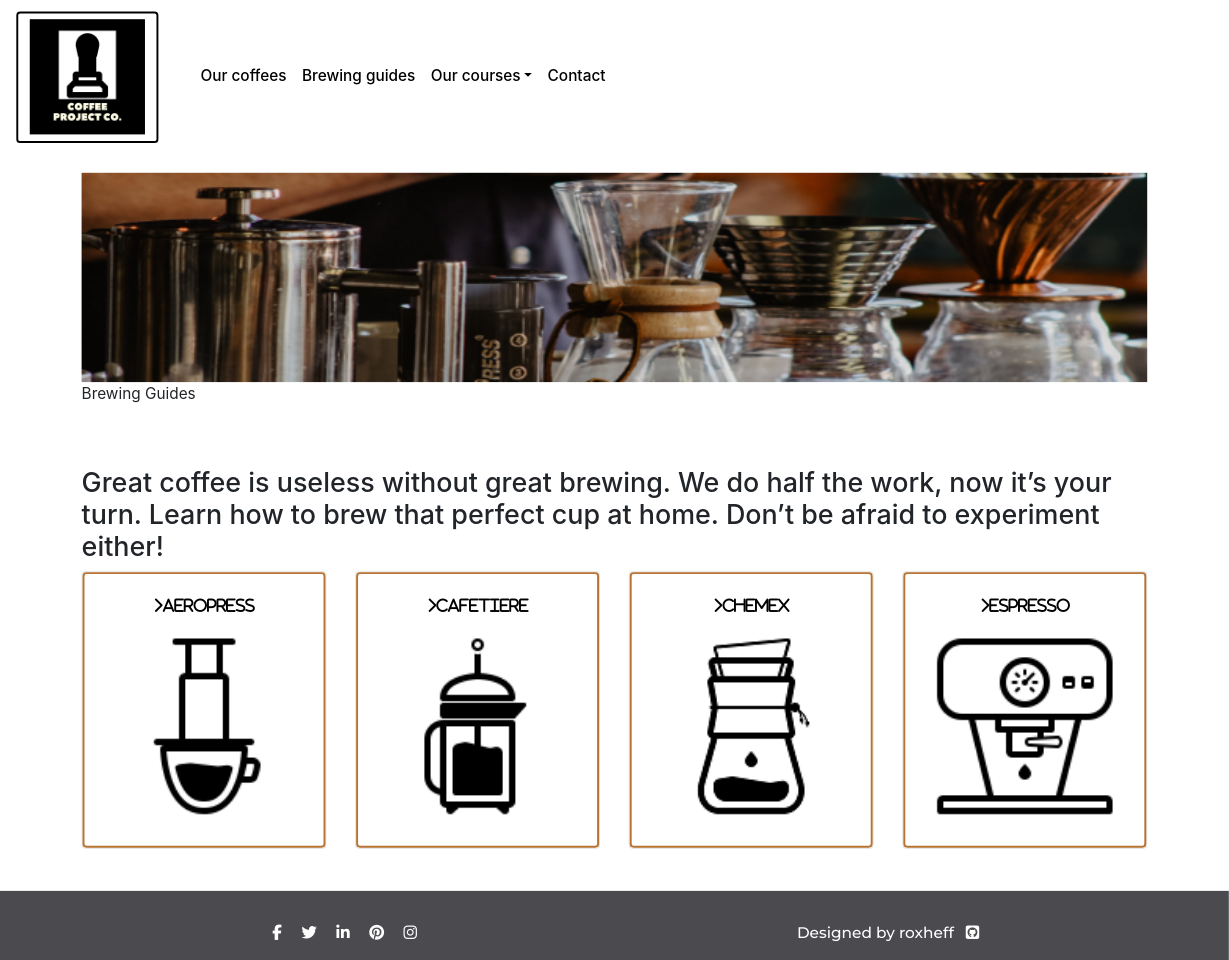
Repository: roxanahefferon/M1
Page: brewing.html
The author's editor kept a record of every edit. The page is drawn from the files as they stood at one moment, then again after the next edit.
The browser window is 1280 px wide. The pictures show the whole page, at 96% of full size.
Some web libraries are served in a nearby version.

Above is the page before.

After the next edit:
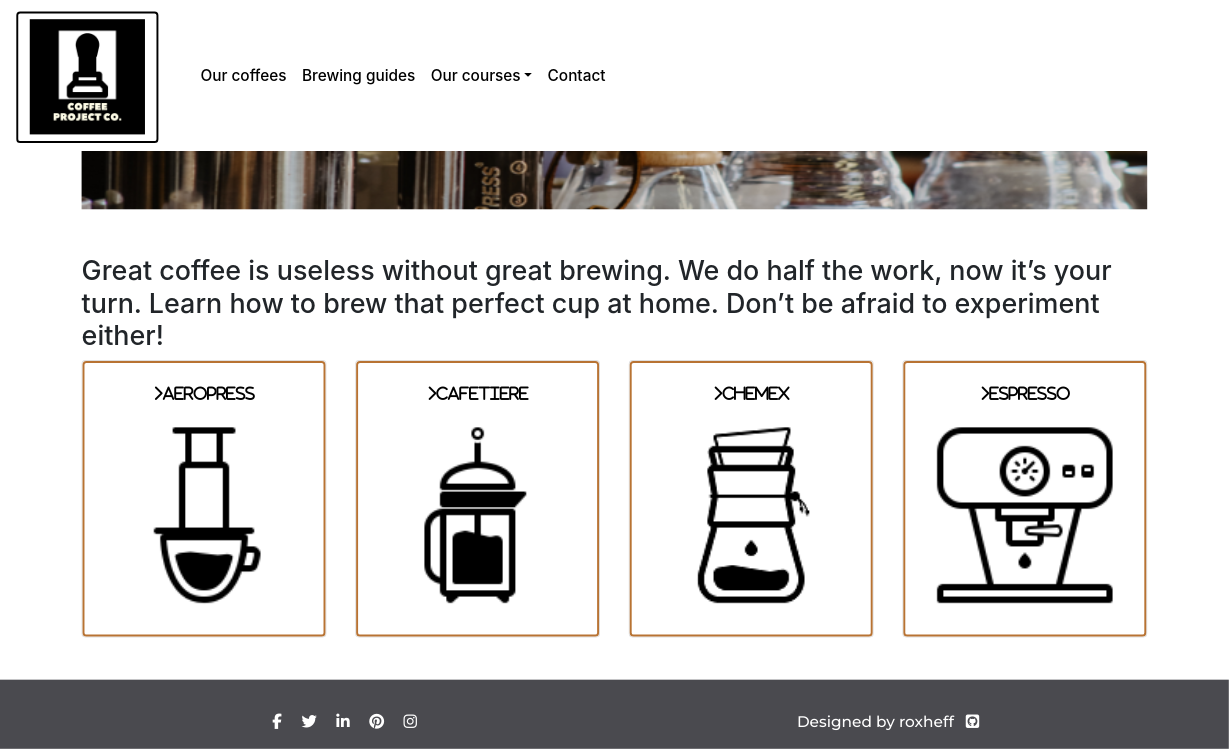
The edit:
--- a/brewing.html
+++ b/brewing.html
@@ -50,14 +50,14 @@
   <! --- brew guides --->
 
 
-  <div class="container brewguides-container">
-    <div class="row no-gutters">
-      <div class="col">
-        <img src="./assets/images/brew-guides.png" alt="brewing vesels image" width=100% height=auto>
-        <p class="ph-headers">Brewing Guides</p>
+<div class="container headers-landing">
+      <div class="row">
+        <div class="col">
+          <img src="./assets/images/brew-guides.png" alt="brewing vessels image" width=100% height=auto>
+          <p class="ph-landing">Brewing</p>
+        </div>
       </div>
     </div>
-  </div>
   <br>
   <br>
 
